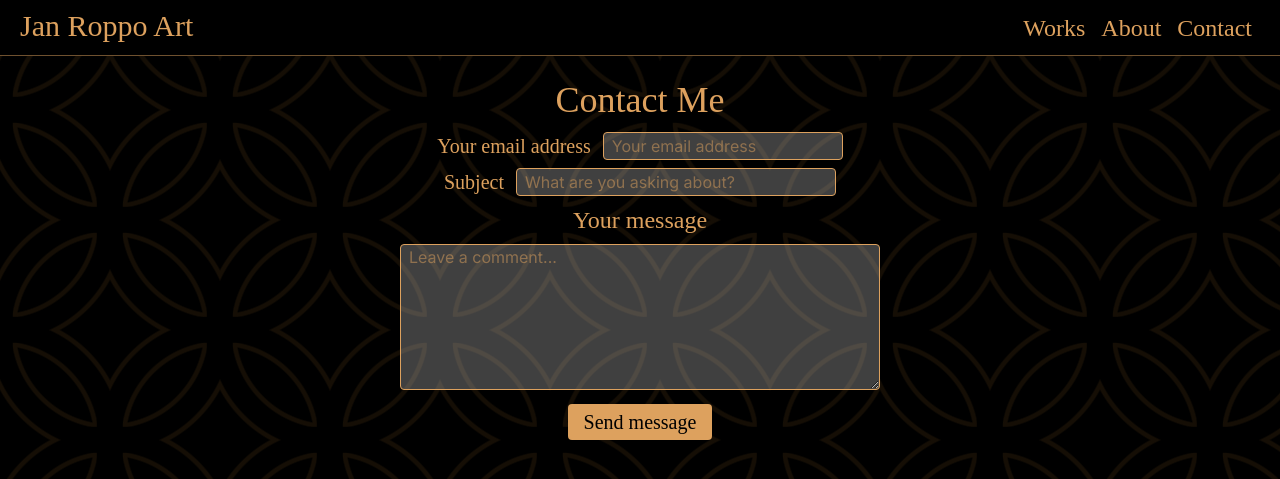
Repository: YanceMcFinn/JRArt
Page: /contact
The author's editor kept a copy of each file at every save. The page is drawn from the files as they stood at one save, then again after the next save.
The browser window is 1280 px wide. The pictures show the whole page.
Some web fonts or font styles are not loaded; a fallback is used. The project was rebuilt for these pictures with package versions that can differ from the ones it lists, and the page was loaded fresh each time. The framework's server and built-in components were replaced by stand-ins that run in the browser. Also part of the build but not shown: next.config.js.

Above is the page before, as saved 2023-10-29 14:33:15.

### app/layout.js
import './globals.css'
import { Inter } from 'next/font/google'

import Navbar from './components/Navbar'

const inter = Inter({ subsets: ['latin'] })

export const metadata = {
  title: 'Jan Roppo Art',
  description: 'The art of Jan Roppo',
}

export default function RootLayout({ children }) {
  return (
    <html lang="en">
      <head>
        <link rel="preconnect" href="https://fonts.googleapis.com" />
        <link rel="preconnect" href="https://fonts.gstatic.com" crossorigin />
        <link href="https://fonts.googleapis.com/css2?family=Macondo+Swash+Caps&display=swap" rel="stylesheet" />
      </head>
      <body className={inter.className}>
        <Navbar />
        {children}
      </body>
    </html>
  )
}

### app/contact/page.jsx
'use client'

import Image from 'next/image'

export default function Contact() {
    return(
        <div className='text-main-color text-center justify-content-center mt-20'>
            <div className='title text-center text-4xl mb-3'>Contact Me</div>
                <form className='w-9/12 mx-auto justify-center'>
                    <div className='w-6/12 mb-2 flex justify-center mx-auto'>
                        <label for="email" className='pr-3 title text-xl'>Your email address</label>
                        <input type="email" className='rounded w-6/12 px-2 bg-white/25 border border-main-color text-main-color placeholder-main-color/50 focus:border-main-color focus:border-2 focus:outline-none focus:ring-0'id="email" placeholder="Your email address" required/>
                    </div>
                    <div className='w-6/12 mb-2 flex justify-center mx-auto'>
                        <label for="subject" className='pr-3 title text-xl'>Subject</label>
                        <input type="text" id="subject" className='rounded w-4/6 px-2 bg-white/25 border border-main-color text-main-color placeholder-main-color/50 focus:border-main-color focus:border-2 focus:outline-none focus:ring-0' placeholder="What are you asking about?" required/>
                    </div>
                    <div className='w-9/12 md:w-6/12 mx-auto'>
                        <label for="message" className='title text-2xl' >Your message</label><br/>
                        <textarea id="message" rows="6" placeholder="Leave a comment..." className='rounded w-full px-2 mt-2 bg-white/25 border border-main-color text-main-color placeholder-main-color/50 focus:border-main-color focus:border-2 focus:outline-none focus:ring-0'></textarea>
                    </div>
          <button type="submit" className='bg-main-color text-black title text-xl rounded px-4 py-1 mt-2'>Send message</button>
      </form>
        </div>
    )
}

### app/globals.css
@tailwind base;
@tailwind components;
@tailwind utilities;

@import url('https://fonts.googleapis.com/css2?family=Macondo+Swash+Caps&display=swap');
/* body {
 background-color: black;
} */


.title {
    font-family: 'Macondo Swash Caps', cursive;
}

html {
    --s: 220px; /* control the size */
    --c1: #150e05;
    --c2: #000000;

    --_g:radial-gradient(#0000 60%,var(--c1) 61% 63%,#0000 64% 77%,var(--c1) 78% 80%,#0000 81%);
    --_c:,#0000 75%,var(--c2) 0;
    background:
      conic-gradient(at 12% 20% var(--_c)) calc(var(--s)* .44) calc(.9*var(--s)),
      conic-gradient(at 12% 20% var(--_c)) calc(var(--s)*-.06) calc(.4*var(--s)),
      conic-gradient(at 20% 12% var(--_c)) calc(.9*var(--s)) calc(var(--s)* .44),
      conic-gradient(at 20% 12% var(--_c)) calc(.4*var(--s)) calc(var(--s)*-.06),
      var(--_g),var(--_g) calc(var(--s)/2) calc(var(--s)/2) var(--c2);
    background-size: var(--s) var(--s);
    background-attachment: fixed;
  }

### app/components/Navbar.jsx
import React from "react";

const Navbar = () => {
    return(
    <>
    <div className="top-0 w-full z-10 h-14 bg-black px-5 py-2 text-main-color border-b border-b-main-color/50 fixed">
      <div className="float-left title text-3xl">
        <a className="hover:text-white" href="/">Jan Roppo Art</a>
      </div>
      <div className="mt-1 float-right title text-2xl">
        <ul>
        <li className="inline px-2">
            <a href="/" className="hover:text-white">Works</a>
          </li>
          <li className="inline px-2">
            <a href="/about" className="hover:text-white">About</a>
          </li>
          <li className="inline px-2">
            <a href="/contact" className="hover:text-white">Contact</a>
          </li>
        </ul>
      </div>
    </div>
    </>

    )
}

export default Navbar

### tailwind.config.js
/** @type {import('tailwindcss').Config} */
module.exports = {
  content: [
    './pages/**/*.{js,ts,jsx,tsx,mdx}',
    './components/**/*.{js,ts,jsx,tsx,mdx}',
    './app/**/*.{js,ts,jsx,tsx,mdx}',
  ],
  theme: {
    extend: {
      backgroundImage: {
      },
      colors: {
        'main-color': '#dda15e'
      },
    },
  },
  plugins: [],
}

After the next save:
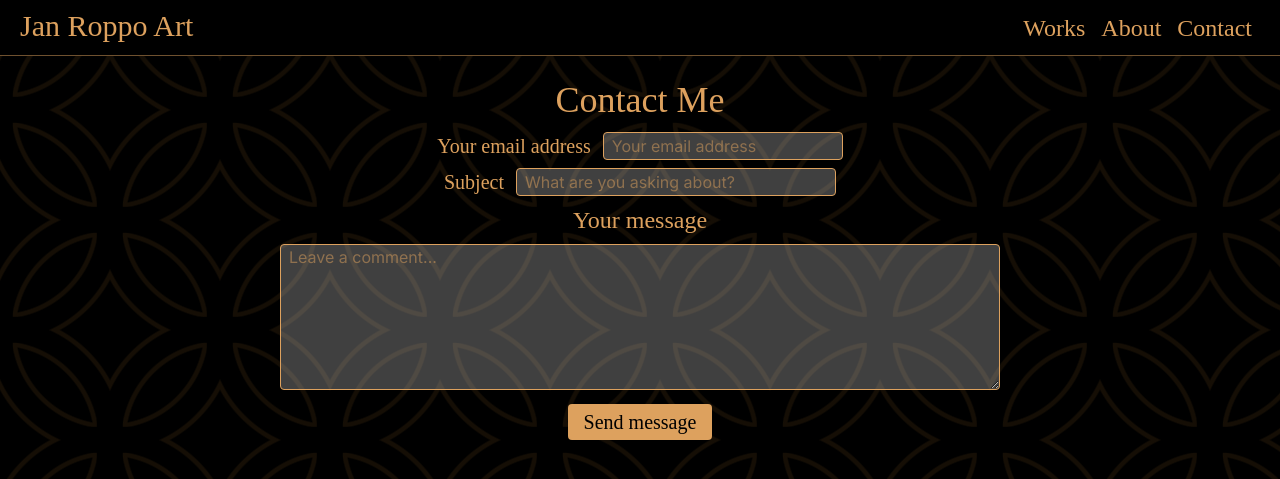
Saved 31 s later.
--- a/app/contact/page.jsx
+++ b/app/contact/page.jsx
@@ -15,7 +15,7 @@
                         <label for="subject" className='pr-3 title text-xl'>Subject</label>
                         <input type="text" id="subject" className='rounded w-4/6 px-2 bg-white/25 border border-main-color text-main-color placeholder-main-color/50 focus:border-main-color focus:border-2 focus:outline-none focus:ring-0' placeholder="What are you asking about?" required/>
                     </div>
-                    <div className='w-9/12 md:w-6/12 mx-auto'>
+                    <div className='w-9/12 mx-auto'>
                         <label for="message" className='title text-2xl' >Your message</label><br/>
                         <textarea id="message" rows="6" placeholder="Leave a comment..." className='rounded w-full px-2 mt-2 bg-white/25 border border-main-color text-main-color placeholder-main-color/50 focus:border-main-color focus:border-2 focus:outline-none focus:ring-0'></textarea>
                     </div>

After the save that followed:
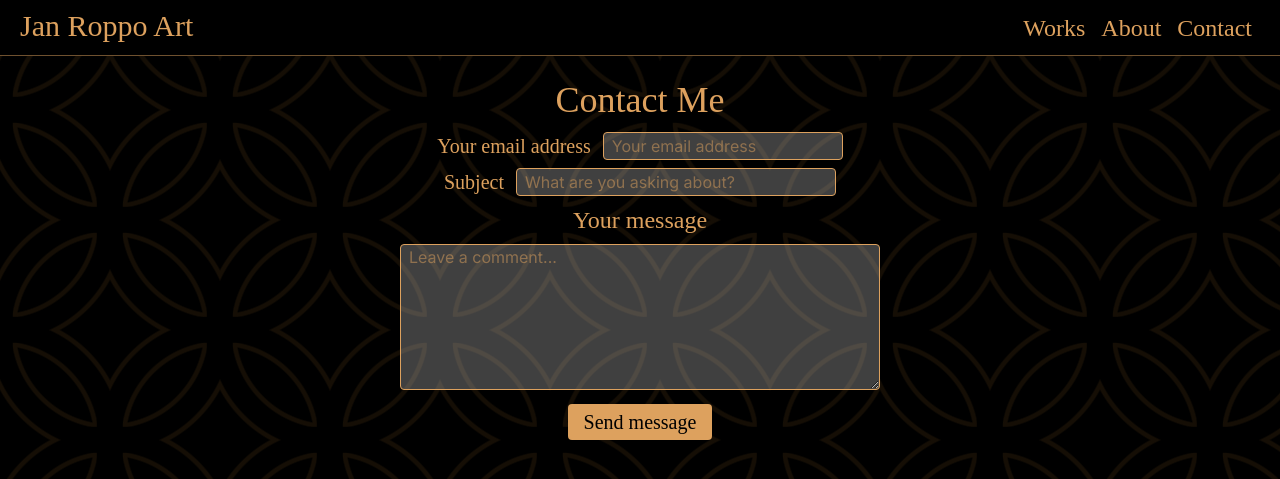
Saved 35 s later.
--- a/app/contact/page.jsx
+++ b/app/contact/page.jsx
@@ -15,7 +15,7 @@
                         <label for="subject" className='pr-3 title text-xl'>Subject</label>
                         <input type="text" id="subject" className='rounded w-4/6 px-2 bg-white/25 border border-main-color text-main-color placeholder-main-color/50 focus:border-main-color focus:border-2 focus:outline-none focus:ring-0' placeholder="What are you asking about?" required/>
                     </div>
-                    <div className='w-9/12 mx-auto'>
+                    <div className='w-full md:w-6/12 mx-auto'>
                         <label for="message" className='title text-2xl' >Your message</label><br/>
                         <textarea id="message" rows="6" placeholder="Leave a comment..." className='rounded w-full px-2 mt-2 bg-white/25 border border-main-color text-main-color placeholder-main-color/50 focus:border-main-color focus:border-2 focus:outline-none focus:ring-0'></textarea>
                     </div>
